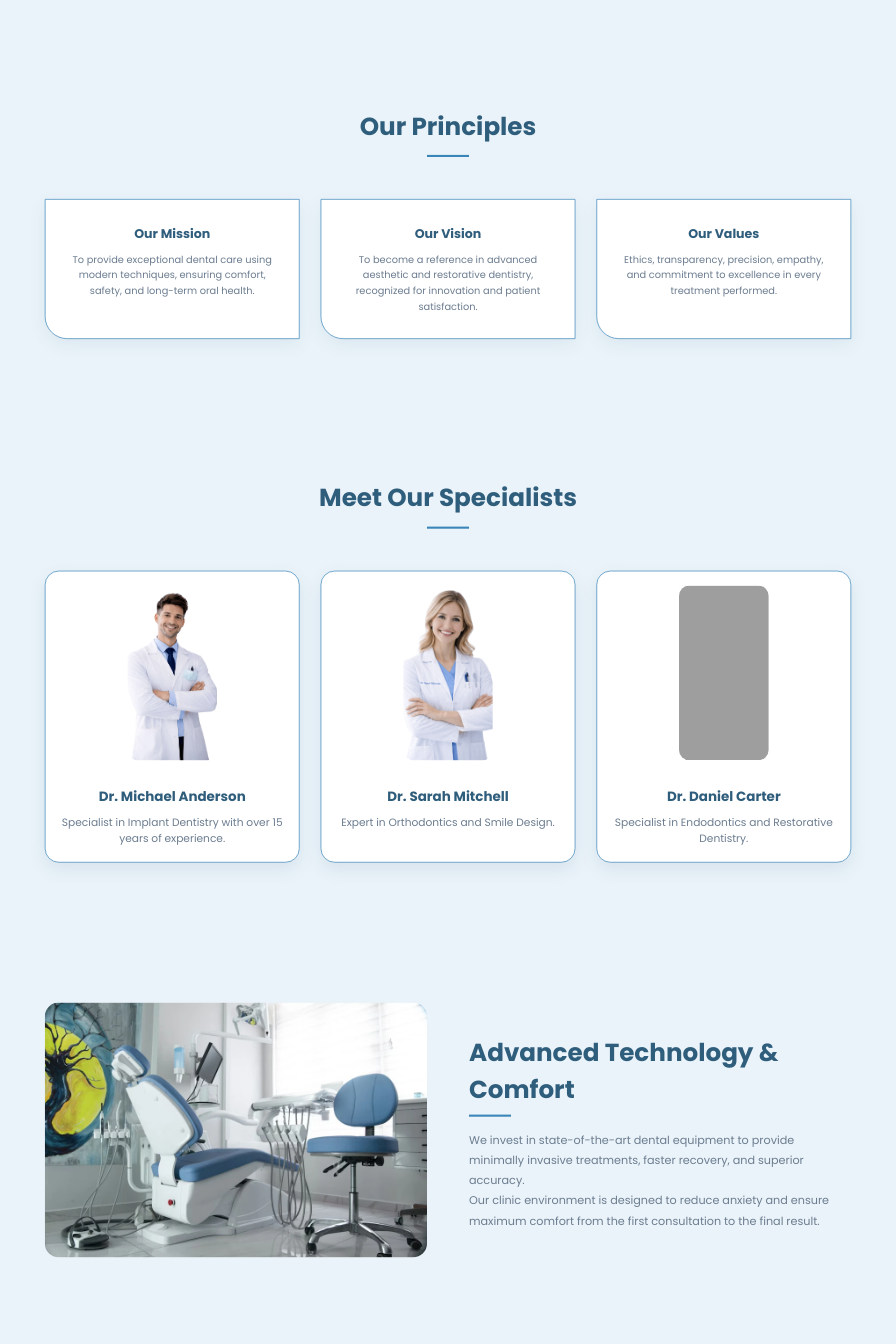
Repository: davidfsillva/OdontoPrime
Page: about.html
These files come from the project's save history. The page is drawn as it stood at one moment and after the next save; the edit follows.
The browser window is 1280 px wide. The pictures show the part of the page from y = 996 to 2916 px (the page is 3454 px tall), at 70% of full size.
Pictures or frames that could not be fetched are drawn as grey boxes. A picture or video elsewhere on the page could not be fetched, so the positions and the page height are approximate.

Above is the page before, as saved 2026-02-16 23:02:32.

### about.html
<!DOCTYPE html>
<html lang="en">
<head>
<meta charset="UTF-8">
<meta name="viewport" content="width=device-width, initial-scale=1.0">
<title>About - OdontoPrime Excellence</title>

<link rel="stylesheet" href="style.css">
<link href="https://fonts.googleapis.com/css2?family=Poppins:wght@300;400;600;700&display=swap" rel="stylesheet">
</head>


<body>

<!-- HEADER -->
<header>
    <div class="container nav-container">
        <div class="logo">OdontoPrime</div>

        <nav id="nav">
            <a href="index.html">Home</a>
            <a href="about.html" class="active">About</a>
            <a href="services.html">Services</a>
            <a href="contact.html">Contact</a>
        </nav>

        <div class="menu-toggle" onclick="toggleMenu()">☰</div>
    </div>
</header>

<!-- HERO ABOUT -->
<section class="hero hero-about">
    <div class="container hero-content">
        <div class="hero-text">
            <h1>About OdontoPrime Excellence</h1>
            <p>
                Dedicated to delivering advanced dental care with precision,
                innovation, and a patient-centered approach.
            </p>
        </div>
    </div>
</section>

<!-- OUR STORY -->
<section class="about-preview">
    <div class="container about-grid">
        <div class="about-text">
            <h2>Our Story</h2>
            <p>
                Founded over a decade ago, OdontoPrime Excellence was created with a clear mission:
                to redefine modern dentistry through innovation, comfort, and excellence.
                Our clinic combines advanced technology with a humanized approach,
                ensuring each patient receives personalized and comprehensive care.
            </p>

            <p>
                Over the years, we have built a reputation for delivering long-lasting results,
                aesthetic precision, and preventive solutions that promote complete oral health.
            </p>
        </div>

        <div class="about-image">
            <img src="img/clinic-interior.webp" alt="Dental clinic interior">
        </div>
    </div>
</section>

<!-- MISSION VISION VALUES -->
<section class="departments">
    <div class="container">
        <h2>Our Principles</h2>

        <div class="dept-grid">

            <div class="card">
                <h3>Our Mission</h3>
                <p>
                    To provide exceptional dental care using modern techniques,
                    ensuring comfort, safety, and long-term oral health.
                </p>
            </div>

            <div class="card">
                <h3>Our Vision</h3>
                <p>
                    To become a reference in advanced aesthetic and restorative dentistry,
                    recognized for innovation and patient satisfaction.
                </p>
            </div>

            <div class="card">
                <h3>Our Values</h3>
                <p>
                    Ethics, transparency, precision, empathy, and commitment
                    to excellence in every treatment performed.
                </p>
            </div>

        </div>
    </div>
</section>

<!-- OUR TEAM -->
<section class="departments about-cards">
    <div class="container">
        <h2>Meet Our Specialists</h2>

        <div class="dept-grid">

            <div class="card">
                <img src="img/dr - Copia.png" alt="Lead dentist">
                <h3>Dr. Michael Anderson</h3>
                <p>Specialist in Implant Dentistry with over 15 years of experience.</p>
            </div>

            <div class="card">
                <img src="img/sara.png" alt="Orthodontist">
                <h3>Dr. Sarah Mitchell</h3>
                <p>Expert in Orthodontics and Smile Design.</p>
            </div>

            <div class="card">
                <img src="img/dentist3.webp" alt="Endodontist">
                <h3>Dr. Daniel Carter</h3>
                <p>Specialist in Endodontics and Restorative Dentistry.</p>
            </div>

        </div>
    </div>
</section>

<!-- WHY CHOOSE US EXTENDED -->
<section class="about-preview">
    <div class="container about-grid">

        <div class="about-image">
            <img src="img/photo.webp" alt="Dental technology">
        </div>

        <div class="about-text">
            <h2>Advanced Technology & Comfort</h2>
            <p>
                We invest in state-of-the-art dental equipment to provide
                minimally invasive treatments, faster recovery, and superior accuracy.
            </p>

            <p>
                Our clinic environment is designed to reduce anxiety and ensure
                maximum comfort from the first consultation to the final result.
            </p>
        </div>

    </div>
</section>

<!-- CALL TO ACTION -->
<section class="departments">
    <div class="container" style="text-align:center;">
        <h2>Ready to Transform Your Smile?</h2>
        <p style="max-width:600px; margin:20px auto; color:var(--text-medium);">
            Schedule your consultation today and discover a new standard of dental excellence.
        </p>

        <a href="contact.html" class="btn-view">Book Your Consultation</a>
    </div>
</section>

<!-- FOOTER -->
<footer>
    <p>© 2026 OdontoPrime - All Rights Reserved</p>
</footer>


<!-- BOTÃO VOLTAR AO TOPO -->
<a href="#" class="back-to-top" id="backToTop">↑</a>

<script src="script.js"></script>


</body>
</html>

### style.css
:root{

    --primary-blue: #2F5D7C;
    --secondary-blue: #4F7FA3;
    --accent-blue: #3A86B9;

    --bg-light: #EAF3F9;
    --white: #FFFFFF;
    --off-white: #E6EEF5;

    --text-dark: #2E3A46;
    --text-medium: #6B7C8F;

    --hero-gradient-start: rgba(47, 93, 124, 0.95);
    --hero-gradient-end: rgba(79, 127, 163, 0.85);

    --shadow-soft: 0 5px 20px rgba(47, 93, 124, 0.08);
}

*{
    margin:0;
    padding:0;
    box-sizing:border-box;
    font-family:'Poppins', sans-serif;
}

body{
    background:var(--bg-light);
    color:var(--text-dark);
}

.container{
    width:90%;
    max-width:1200px;
    margin:auto;
}

/* HEADER */

nav{
    display:flex;
    align-items:center;
}

header{
    position:absolute;
    width:100%;
    padding:25px 0;
    z-index:1000;
    background:transparent;
}

.nav-container{
    display:flex;
    justify-content:space-between;
    align-items:center;
}

.logo{
    font-weight:700;
    font-size:1.9rem;
    color:var(--white);
    text-shadow: 0 3px 8px rgba(0, 0, 0, 0.5);
}

nav a{
    margin-left:25px;
    text-decoration:none;
    color:var(--white);
    font-weight:500;
    transition:0.3s;
}

nav a:hover{
    color:var(--accent-blue);
}

.menu-toggle{
    display:none;
    font-size:24px;
    cursor:pointer;
    color:var(--white);
}

nav a.active{
    color: var(--accent-blue);
    font-weight: 600;
    position: relative;
}

/* HERO */

.hero{
    min-height:100vh;
    display:flex;
    align-items:center;
    background:
    linear-gradient(to right,
    rgba(79, 127, 163, 0.438),
    rgba(58, 134, 185, 0.048)),
    url('img/hero.webp') center/cover no-repeat;
    color:var(--white);
    padding:0 0;
    position:relative;
}

.hero-content{
    width:100%;
}

.hero-text{
    max-width:600px;
}

.hero h1{
    font-size:2.8rem;
    margin-bottom:20px;
    font-weight:700;
    line-height:1.2;
    text-shadow: 0 3px 8px rgba(0, 0, 0, 0.5);
}

.hero p{
    margin-bottom:25px;
    max-width:500px;
    font-size:16px;
    line-height:1.6;
    color:var(--white);
    text-shadow: 0 3px 8px rgba(0, 0, 0, 0.5);
}

.hero-about{
    background: var(--primary-blue);
    min-height: 60vh;
}


/* HERO STATS */

.hero-stats{
    position:absolute;
    bottom:0px;
    left:60%;
    transform:translateX(-50%);
    width:90%;
    max-width:1100px;
    display:grid;
    grid-template-columns:repeat(auto-fit, minmax(180px,1fr));
    gap:20px;
    padding:25px 40px;
    background:rgba(255,255,255,0.15);
    backdrop-filter:blur(15px);
    -webkit-backdrop-filter:blur(15px);
    border-radius:20px 0px 0px 0px;
    border:1px solid rgba(255,255,255,0.2);
}

.stat-item{
    text-align:center;
    color:var(--white);
}

.stat-item h2{
    font-size:2rem;
    font-weight:700;
}

.stat-item p{
    font-size:0.9rem;
    opacity:0.9;
}

/* BUTTONS */

.btn{
    padding:14px 30px;
    background:var(--white);
    border:none;
    color:var(--primary-blue);
    font-weight:600;
    border-radius:30px;
    cursor:pointer;
    transition:0.3s;
}

.btn:hover{
    background:var(--accent-blue);
    color:var(--white);
    transform:translateY(-3px);
}

.btn-view {
    padding:14px 30px;
    background:var(--accent-blue);
    border:none;
    color:var(--white);
    font-weight:600;
    border-radius:30px;
    cursor:pointer;
    transition:0.3s;
    text-decoration: none;
    text-align: center;
    display: block;
    width: fit-content;
    margin:40px auto 0;
}

.btn-view:hover {
    transform: translateY(-5px);
    box-shadow: 0 15px 30px rgba(0,0,0,0.2);
}

/* ABOUT */
.about-image{
    position:relative;
    overflow:hidden;
}


.about-preview{
    padding:100px 0;
}

.about-grid{
    display:grid;
    grid-template-columns:1fr 1fr;
    gap:60px;
    align-items:center;
}

.about-text h2{
    font-size:2.2rem;
    color:var(--primary-blue);
    margin-bottom:20px;
    position:relative;
}

.about-text h2::after{
    content:"";
    width:60px;
    height:3px;
    background:var(--accent-blue);
    display:block;
    margin-top:10px;
}

.about-text p{
    font-size:16px;
    line-height:1.8;
    color:var(--text-medium);
}

.about-grid img:not(.lead-dentist){
    width:100%;
    border-radius:20px;
}

.lead-dentist {
    border-radius: 30px; /* cantos arredondados */
    width: 60%;
    height: auto;
    margin: 0 auto;
    box-shadow: 0 8px 20px rgba(0,0,0,0.2); /* opcional: sombra suave */
    display: flex;
    justify-content: center; /* centraliza horizontalmente */
    align-items: center;     /* centraliza verticalmente se tiver altura */
}

/* DEPARTMENTS */

.departments{
    padding:100px 0;
}

.departments h2{
    text-align:center;
    font-size:2.2rem;
    color:var(--primary-blue);
    margin-bottom:60px;
    position:relative;
}

.departments h2::after{
    content:"";
    width:60px;
    height:3px;
    background:var(--accent-blue);
    display:block;
    margin:15px auto 0;
}

.dept-grid{
    display:grid;
    grid-template-columns: repeat(auto-fit, minmax(280px, 1fr));
    gap:30px;
}


.card {
    background:var(--white);
    padding:35px 25px;
    text-align:center;
    border-radius:18px;
    box-shadow:0 8px 25px rgba(47,93,124,0.08);
    transition:0.3s ease;


    border-radius: 0 0 0 32px;
    border:1px solid #3A86B9;

}

.why-card{
    border: none;
}


.card:hover{
    transform:translateY(-6px);
    box-shadow:0 15px 35px rgba(47,93,124,0.15);
}

.card img{
    width:60px;
    margin-bottom:15px;
}

.card h3{
    font-size:18px;
    margin-bottom:12px;
    color:var(--primary-blue);
}

.card p{
    font-size:14px;
    line-height:1.6;
    color:var(--text-medium);
}

/* WHY SECTION FULL IMAGE CARDS */

.why-card {
    position: relative;
    overflow: hidden;
    padding: 0;
    height: 350px;
    border-radius: 20px;
}

.why-card img {
    width: 100%;
    height: 100%;
    object-fit: cover;
    display: block;
}

.why-card .card-content {
    position: absolute;
    bottom: 0;
    width: 100%;
    padding: 25px;
    background: linear-gradient(
        to top,
        rgba(0,0,0,0.75),
        rgba(0,0,0,0.2)
    );
    color: var(--white);
}

.why-card h3 {
    margin-bottom: 8px;
    color: var(--white);
}

.why-card p {
    color: rgba(255,255,255,0.9);
    font-size: 14px;
}


/* WHY US */

.why-us{
    padding:100px 0;
    background:var(--white);
}

.why-us h2{
    text-align:center;
    font-size:2.2rem;
    margin-bottom:60px;
    color:var(--primary-blue);
    position:relative;
}

.why-us h2::after{
    content:"";
    width:60px;
    height:3px;
    background:var(--accent-blue);
    display:block;
    margin:15px auto 0;
}

.contact-grid{
    display:grid;
    grid-template-columns:1fr 1fr;
    gap:60px;
    align-items:start;
}

/* BOTÃO VOLTAR AO TOPO */
.back-to-top {
    position: fixed;       /* fixa na tela */
    bottom: 30px;          /* distância do rodapé */
    right: 30px;           /* distância da borda direita */
    background: var(--accent-blue);
    color: var(--white);
    padding: 12px 18px;
    border-radius: 50px;   /* deixa arredondado */
    text-decoration: none;
    font-weight: 600;
    font-size: 12px;
    box-shadow: 0 8px 20px rgba(0,0,0,0.2);
    transition: 0.3s;
    opacity: 0;            /* inicialmente invisível */
    pointer-events: none;  /* não clicável até aparecer */
    z-index: 1000;
}

.back-to-top:hover {
    background: var(--off-white);
    transform: translateY(-3px);
    color: black;
}

/* quando visível */
.back-to-top.show {
    opacity: 1;
    pointer-events: auto;
}

/* CARDS ESPECÍFICOS DA PÁGINA ABOUT */
.departments.about-cards .card {
    border-radius: 20px;
    padding: 20px;
    box-shadow: 0 10px 25px rgba(47,93,124,0.1);
    transition: transform 0.3s ease, box-shadow 0.3s ease;
    text-align: center;
}

/* Hover */
.departments.about-cards .card:hover {
    transform: translateY(-5px);
    box-shadow: 0 15px 35px rgba(47,93,124,0.2);
}

/* Card titles and text */
.departments.about-cards .card h3 {
    font-size: 1.2rem;
    color: var(--primary-blue);
    margin: 15px 0 10px;
}

.departments.about-cards .card p {
    font-size: 0.95rem;
    line-height: 1.6;
    color: var(--text-medium);
}

/* Imagem maior e proporcional */
.departments.about-cards .card img {
    width: 40%;          /* ocupa toda a largura do card */
    height: 250px;        /* altura maior */
    object-fit: cover;    /* mantém proporção e recorta excesso */
    border-radius: 15px;  /* cantos arredondados */
    margin-bottom: 15px;  /* separação do texto */
}






/* FOOTER */

footer{
    background:var(--primary-blue);
    color:var(--white);
    text-align:center;
    padding:30px;
    font-size:14px;
}

/* RESPONSIVE */

/* =========================
   RESPONSIVE
========================= */
@media (max-width: 768px) {

    /* NAVIGATION */
    nav {
        position: absolute;
        top: 80px;
        right: 0;
        background: var(--white);
        flex-direction: column;
        width: 200px;
        display: none;
        box-shadow: var(--shadow-soft);
    }

    nav a {
        padding: 15px;
        margin: 0;
        border-bottom: 1px solid var(--off-white);
        color: var(--text-dark);
    }

    nav.active {
        display: flex;
    }

    .menu-toggle {
        display: block;
    }

        /* HERO INTERNO (about, services, contact) */
    .hero-about,
    .hero-services,
    .hero-contact {
        min-height: 45vh;
        display: flex;
        align-items: center;
        justify-content: center;
        text-align: center;
        padding: 100px 20px 40px;
    }

    .hero-about h1,
    .hero-services h1,
    .hero-contact h1 {
        font-size: 1.6rem;
    }

    .hero-about p,
    .hero-services p,
    .hero-contact p {
        font-size: 0.95rem;
        max-width: 100%;
        margin: 0 auto;
    }

    /* ABOUT GRID */
    .about-grid {
        grid-template-columns: 1fr;
        gap: 30px;
        text-align: center;
    }

    .about-text h2 {
        font-size: 1.6rem;
    }

    /* DEPARTMENTS / SERVICES GRID */
    .dept-grid {
        grid-template-columns: 1fr;
        gap: 20px;
    }

    .card {
        padding: 25px 20px;
    }

    /* WHY SECTION */
    .why-us {
        padding: 70px 0;
    }

    .why-card {
        height: 280px;
    }

    /* CONTACT PAGE (caso tenha form grid) */
    .contact-grid {
        grid-template-columns: 1fr;
        gap: 30px;
    }

    .contact-form input,
    .contact-form textarea {
        width: 100%;
    }

    .hero {
        flex-direction: column;
        justify-content: center;
        align-items: center;
        text-align: center;
        padding: 20px 20px 0;
        background:
            linear-gradient(to top,
            rgba(47, 93, 124, 0.048),
            rgba(47, 93, 124, 0.2)),
            url('img/hero-mobile.webp') center/cover no-repeat;
    }



    .hero h1 {
        font-size: 1.8rem;
    }

    .hero p {
        max-width: 100%;
    }

        .hero-stats {
        left: 50%;
        transform: translateX(-50%);
        width: 95%;
        max-width: 100%;
        border-radius: 20px 20px 0 0;
        padding: 10px 12px 10px;
        gap: 1px;
        grid-template-columns: repeat(2, 1fr);
    }

    .stat-item h2 {
        font-size: 1.4rem;
    }

    .stat-item p {
        font-size: 0.75rem;
    }



}

### script.js
// TOGGLE MENU MOBILE
function toggleMenu() {
    document.getElementById("nav").classList.toggle("active");
}

// BOTÃO VOLTAR AO TOPO
const backToTopButton = document.getElementById('backToTop');

// Mostrar o botão quando a página for rolada 300px ou mais
window.addEventListener('scroll', () => {
    if (window.scrollY > 300) {
        backToTopButton.classList.add('show');
    } else {
        backToTopButton.classList.remove('show');
    }
});

// Rolar suavemente até o topo ao clicar
backToTopButton.addEventListener('click', (e) => {
    e.preventDefault();
    window.scrollTo({ top: 0, behavior: 'smooth' });
});

After the next save:
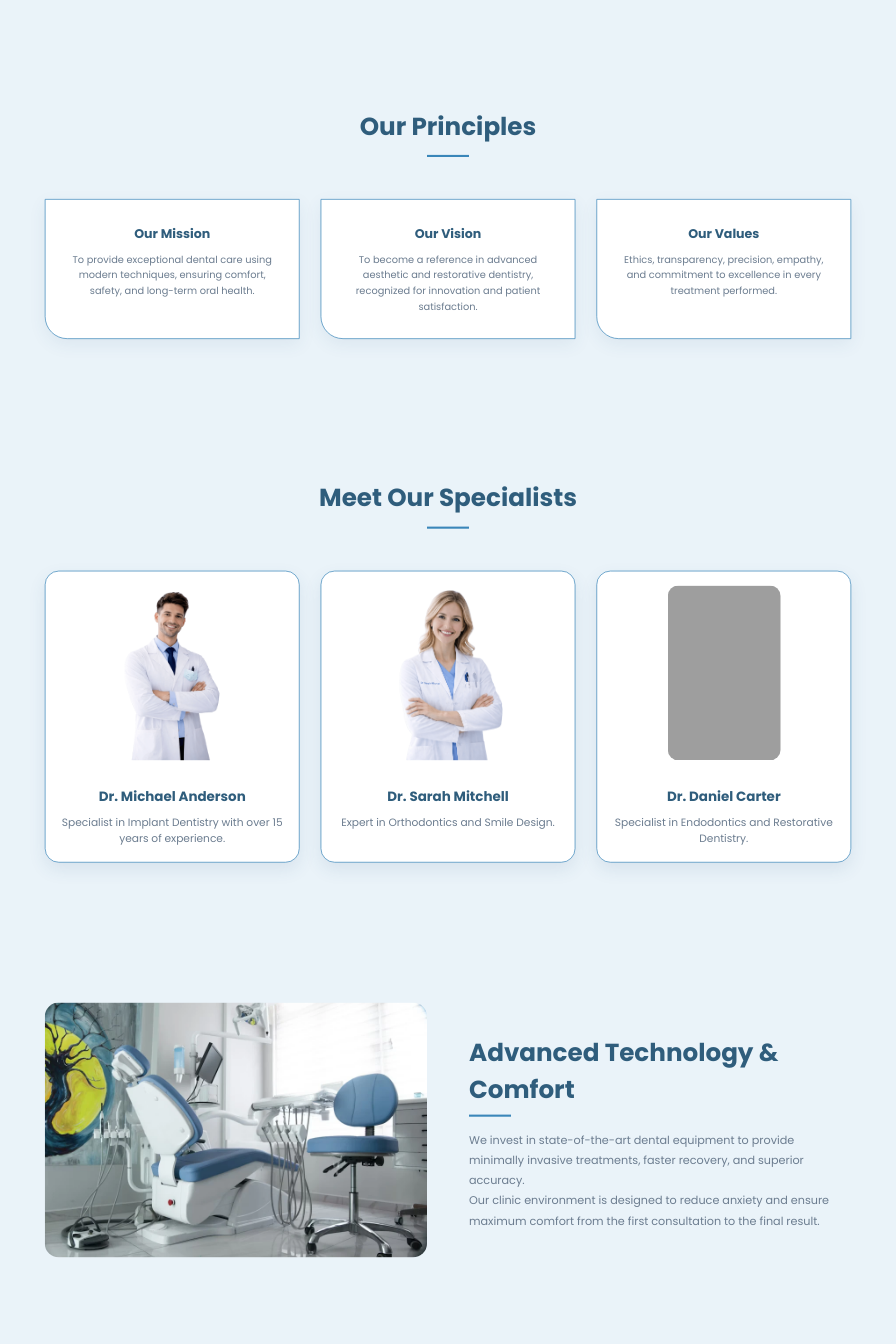
Saved 5 s later.
--- a/style.css
+++ b/style.css
@@ -470,7 +470,7 @@ nav a.active{
 
 /* Imagem maior e proporcional */
 .departments.about-cards .card img {
-    width: 40%;          /* ocupa toda a largura do card */
+    width: 50%;          /* ocupa toda a largura do card */
     height: 250px;        /* altura maior */
     object-fit: cover;    /* mantém proporção e recorta excesso */
     border-radius: 15px;  /* cantos arredondados */
